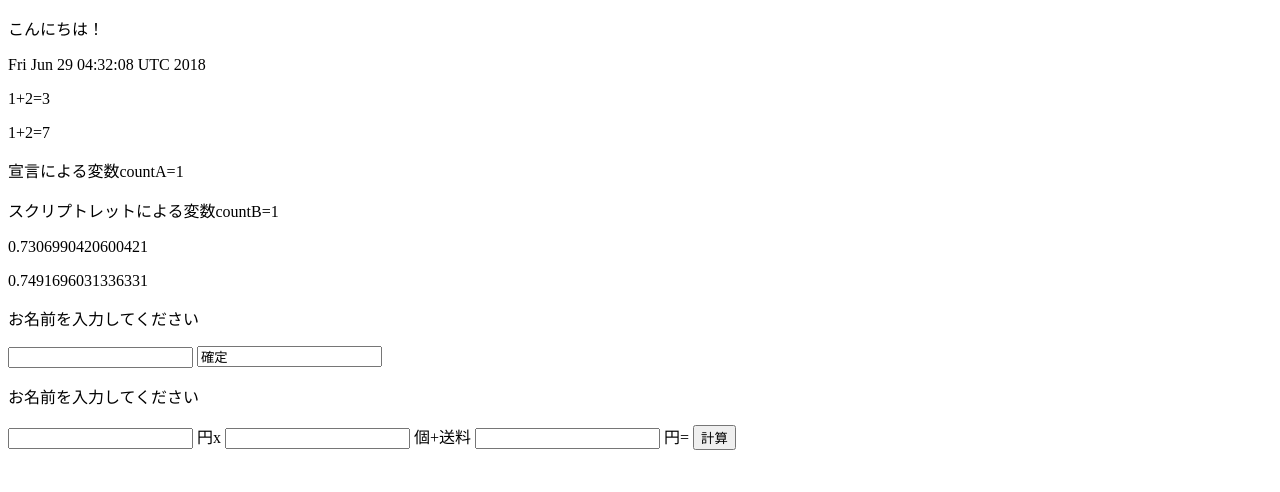
Repository: RyunosukeSaiga0816/test
Page: http://localhost/HelloJSP/
These files come from the project's save history. The page is drawn as it stood at one moment and after the next save; the edit follows.
The browser window is 1280 px wide. The pictures show the whole page.
The page is served by Tomcat 9.

Above is the page before, as saved 2018-07-02 01:41:46.

### HelloJSP/WebContent/index.jsp
<%@ page language="java" contentType="text/html; charset=UTF-8"
    pageEncoding="UTF-8"%>
<!DOCTYPE html>
<html>
<head>
<meta charset="UTF-8">
<title>TEST</title>
</head>
<body>
<p>こんにちは！</p>
<% out.println(new java.util.Date()); %>

<%! static int add(int a,int b){
	return a+b;
	}
%>
<p>1+2=<%=add(1,2) %></p>
<p>1+2=<%=add(3,4) %></p>

<%! static int countA=0; %>
<%
	int countB=0;
	countA++;
	countB++;
%>
<p>宣言による変数countA=<%=countA %></p>
<p>スクリプトレットによる変数countB=<%=countB %></p>

<p><% out.println(Math.random()); %></p>
<p><%=Math.random()%></p>

<p>お名前を入力してください</p>
<form method="post" action="greeting-out.jsp">
<input type="text" name="user">
<input type=""submit" value="確定">
</form>
<p>お名前を入力してください</p>
<form method="post" action="total-out.jsp">
<input type="text" name="price">
円x
<input type="text" name="count">
個+送料
<input type="text" name="delivery">
円=
<input type="submit" value="計算">
</form>
</body>
</html>

After the next save:
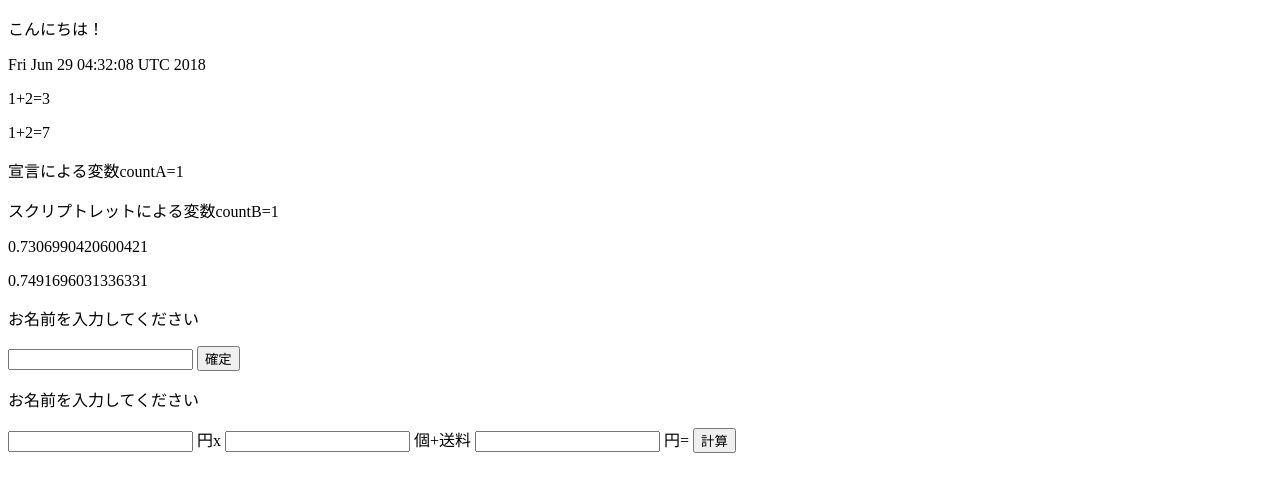
Saved 32 s later.
--- a/HelloJSP/WebContent/index.jsp
+++ b/HelloJSP/WebContent/index.jsp
@@ -32,7 +32,7 @@
 <p>お名前を入力してください</p>
 <form method="post" action="greeting-out.jsp">
 <input type="text" name="user">
-<input type=""submit" value="確定">
+<input type="submit" value="確定">
 </form>
 <p>お名前を入力してください</p>
 <form method="post" action="total-out.jsp">
